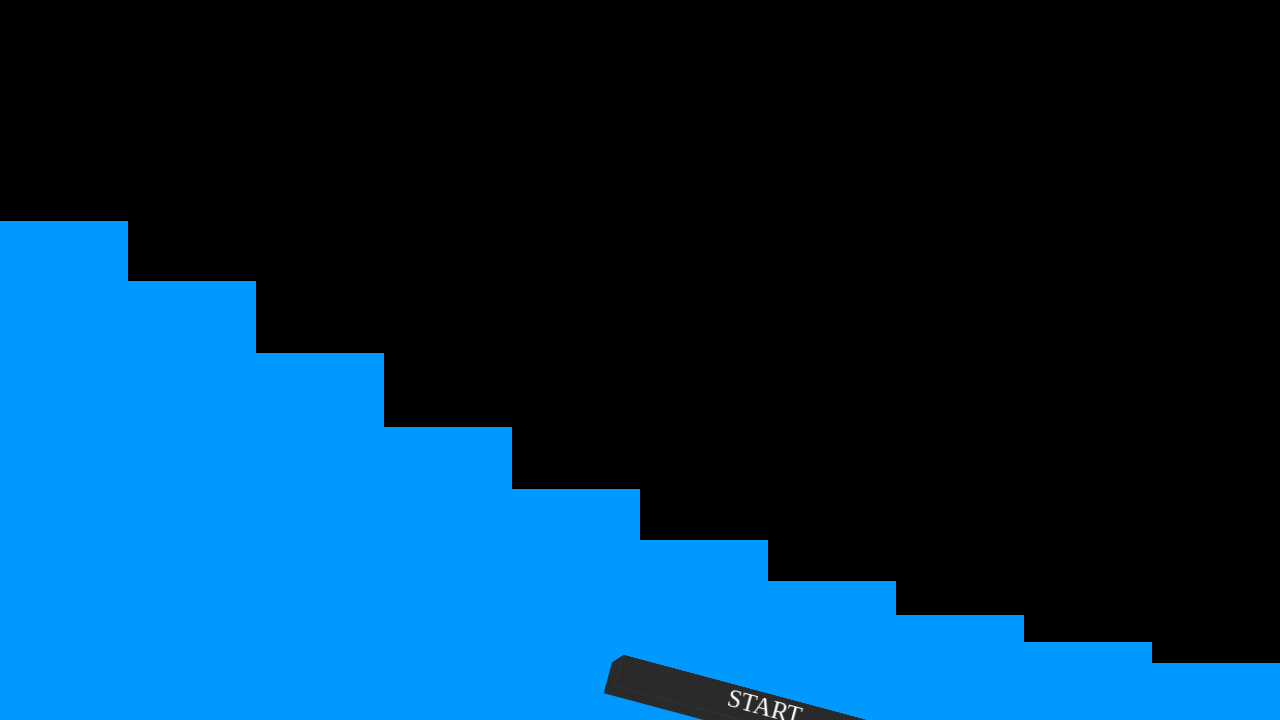
Repository: GG1627/3d-portfolio
Page: /
The author's editor kept a copy of each file at every save. The page is drawn from the files as they stood at one save, then again after the next save.
The browser window is 1280 px wide. The pictures show the whole page.
The project was rebuilt for these pictures with package versions that can differ from the ones it lists, and the page was loaded fresh each time. Also part of the build but not shown: vite.config.ts.

Above is the page before, as saved 2025-01-05 17:09:56.

### src/main.tsx
import { StrictMode } from "react";
import { createRoot } from "react-dom/client";
import "./index.css";
import App from "./App.tsx";
import WelcomeScreen from "./WelcomeScreen.tsx";

createRoot(document.getElementById("root")!).render(
  <StrictMode>
    {/* <App /> */}
    <WelcomeScreen />
  </StrictMode>
);

### src/index.css
html,
body {
  margin: 0;
  padding: 0;
  height: 100vh;
  width: 100vw;
  overflow: hidden; /* Prevent scrollbars */
  background-color: rgb(20, 20, 20);
}

### src/WelcomeScreen.tsx
import React, { useEffect, useState } from "react";
import gsap from "gsap";
import "./WelcomeScreen.css";

function WelcomeScreen() {
  const [counter, setCounter] = useState(0);
  const [isCounterFinished, setIsCounterFinished] = useState(false);

  useEffect(() => {
    // Use setInterval to control the speed of counter updates
    const interval = setInterval(() => {
      if (counter < 100) {
        const increment = Math.floor(Math.random() * 20) + 1; // 7
        setCounter((prevCounter) => {
          const newValue = prevCounter + increment;
          if (newValue >= 100) {
            setIsCounterFinished(true);
            return 100;
          }
          return newValue;
        });
      } else {
        clearInterval(interval); // Clear interval when counter reaches 100
      }
    }, Math.floor(Math.random() * 400) + 300); // Random interval between 300ms and 800ms

    return () => clearInterval(interval); // Clean up the interval when the component unmounts
  }, [counter]);

  useEffect(() => {
    if (isCounterFinished) {
      setTimeout(() => {
        startAnimations();
      }, 700);
    }
  }, [isCounterFinished]);

  // Animation function triggered after counter reaches 100
  function startAnimations() {
    gsap.to(".counter", {
      duration: 0.3,
      opacity: 0,
    });

    gsap.to(".bar", {
      duration: 2.5,
      height: 0,
      stagger: { amount: 0.5 },
      ease: "power4.inOut",
    });

    gsap.to(".button", {
      duration: 4,
      y: "-50vh",
      stagger: { amount: 0.5 },
      ease: "power4.inOut",
    });
  }

  return (
    <div className="screen">
      <h1 className="counter">{counter}</h1>

      <div className="overlay">
        {[...Array(10)].map((_, i) => (
          <div className="bar" key={i}></div>
        ))}
      </div>
      <button className="button">
        <span></span>
        <span></span>
        <span></span>
        <span></span>
        <span>START</span>
      </button>
    </div>
  );
}

export default WelcomeScreen;

### src/WelcomeScreen.css
* {
  margin: 0;
  padding: 0;
  box-sizing: border-box;
}

.screen {
  width: 100vw;
  height: 100vh;
  overflow: hidden;
  background-color: rgb(0, 153, 255);
}

.overlay {
  position: fixed;
  width: 100vw;
  height: 100vh;
  z-index: 2;
  display: flex;
  pointer-events: none;
}

.bar {
  width: 10vw;
  height: 100vh;
  background-color: black;
  pointer-events: none;
}

.counter {
  position: fixed;
  width: 100%;
  height: 100%;
  display: flex;
  justify-content: flex-end;
  align-items: flex-end;
  z-index: 1000;
  color: rgb(0, 153, 255);
  padding: 0.2em 0.4em;
  font-size: 20vw;
  pointer-events: none;
}

/* From Uiverse.io by adamgiebl */
button {
  left: 48%;
  top: 100%;
  transform: rotate(15deg);
  /* transform: skew(25deg); */
  transform-style: preserve-3d;
  position: relative;
  list-style: none;
  width: 300px;
  height: 32px;
  border: none;
  background: transparent;
  font-family: inherit;
  cursor: pointer;
}

button:before {
  content: "";
  position: absolute;
  bottom: -10px;
  left: -5px;
  width: 100%;
  height: 10px;
  background: #2a2a2a;
  transform: skewX(-41deg);
}

button:after {
  content: "";
  position: absolute;
  top: 5px;
  left: -9px;
  width: 9px;
  height: 100%;
  background: #2a2a2a;
  transform: skewY(-49deg);
}

button span {
  position: absolute;
  top: 0;
  left: 0;
  width: 100%;
  height: 100%;
  background: #2a2a2a;
  color: #fff;
  font-size: 25px;
  transition: 1.1s ease-out;
}

button:hover span {
  z-index: 1000;
  transition: 0.3s;
  color: #fff;
}

button:hover span:nth-child(5) {
  transform: translate(40px, -40px);
  opacity: 1;
}

button:hover span:nth-child(4) {
  transform: translate(30px, -30px);
  opacity: 0.8;
}

button:hover span:nth-child(3) {
  transform: translate(20px, -20px);
  opacity: 0.6;
}

button:hover span:nth-child(2) {
  transform: translate(10px, -10px);
  opacity: 0.4;
}

button:hover span:nth-child(1) {
  transform: translate(0px, 0px);
  opacity: 0.2;
}

button:active span:nth-child(5) {
  transform: translate(20px, -20px);
  opacity: 1;
}

button:active span:nth-child(4) {
  transform: translate(15px, -15px);
}

button:active span:nth-child(3) {
  transform: translate(10px, -10px);
}

button:active span:nth-child(2) {
  transform: translate(5px, -5px);
}

button:active span:nth-child(1) {
  transform: translate(0px, 0px);
}

button:nth-child(1):hover span {
  background: #52e19f;
}

Loaded but not shown: index.html (common file)

After the next save:
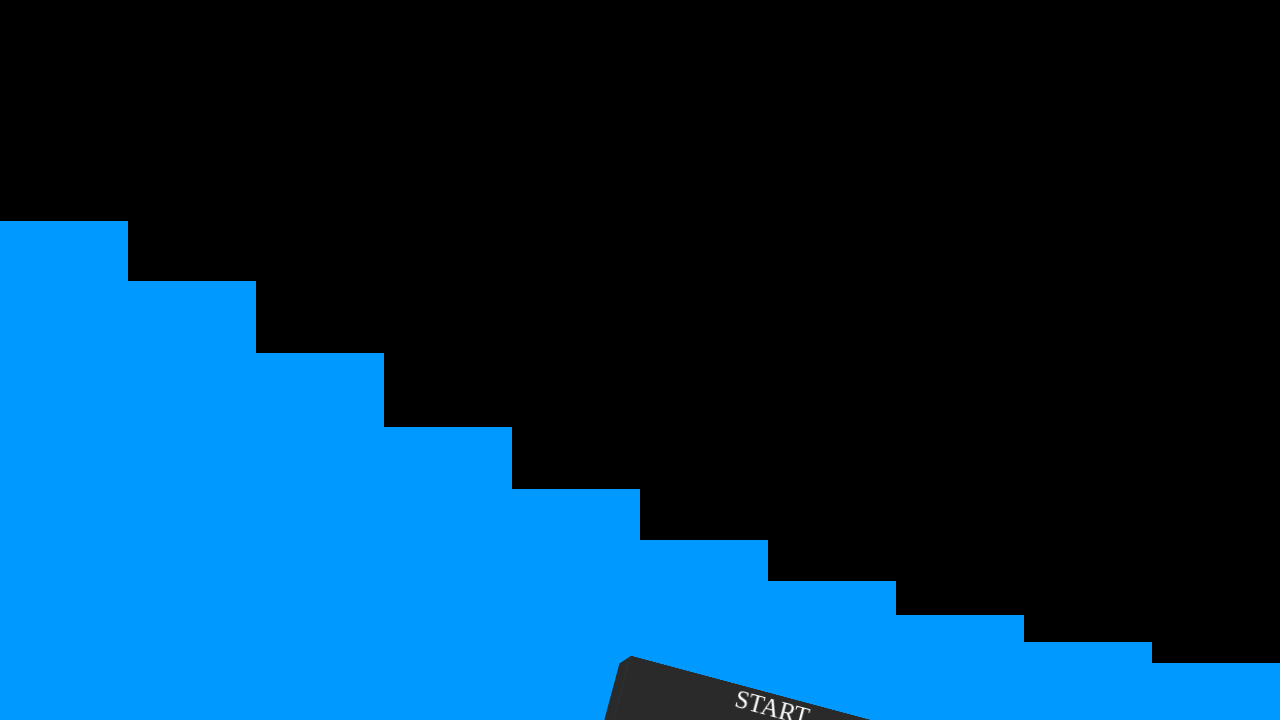
Saved 9 s later.
--- a/src/WelcomeScreen.css
+++ b/src/WelcomeScreen.css
@@ -51,7 +51,7 @@
   position: relative;
   list-style: none;
   width: 300px;
-  height: 32px;
+  height: 90px;
   border: none;
   background: transparent;
   font-family: inherit;
